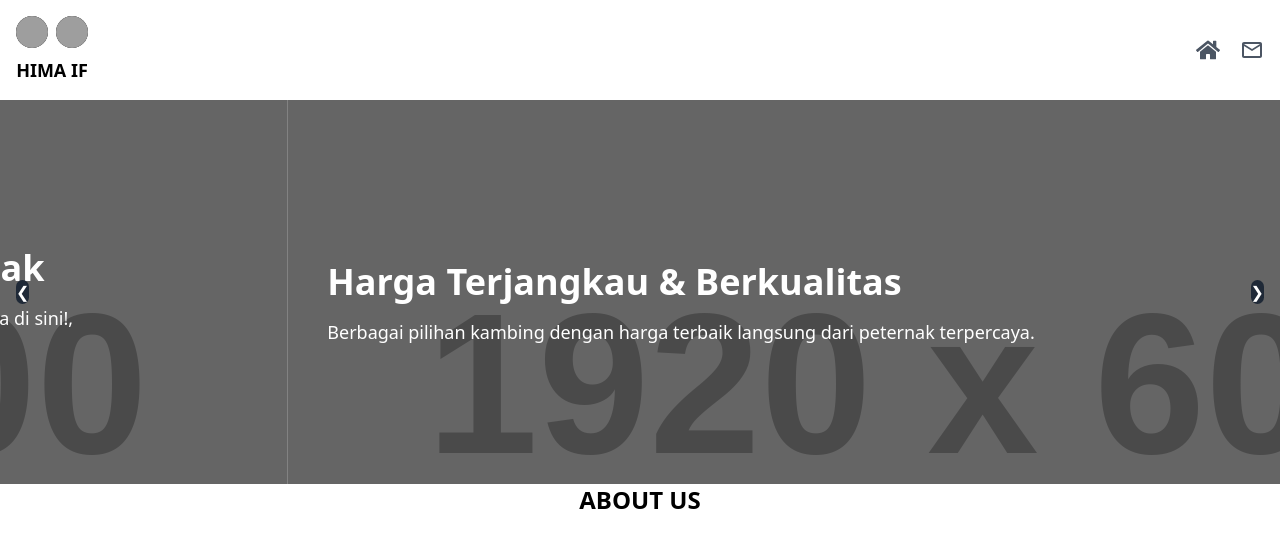
Repository: MUHAMADTEGARWIJAYA/himaif
Page: /
These files come from the project's save history. The page is drawn as it stood at one moment and after the next save; the edit follows.
The browser window is 1280 px wide. The pictures show the whole page.
Pictures or frames that could not be fetched are drawn as grey boxes. The project was rebuilt for these pictures with package versions that can differ from the ones it lists, and the page was loaded fresh each time. Also part of the build but not shown: vite.config.js.

Above is the page before, as saved 2024-12-21 14:43:03.

After the next save:
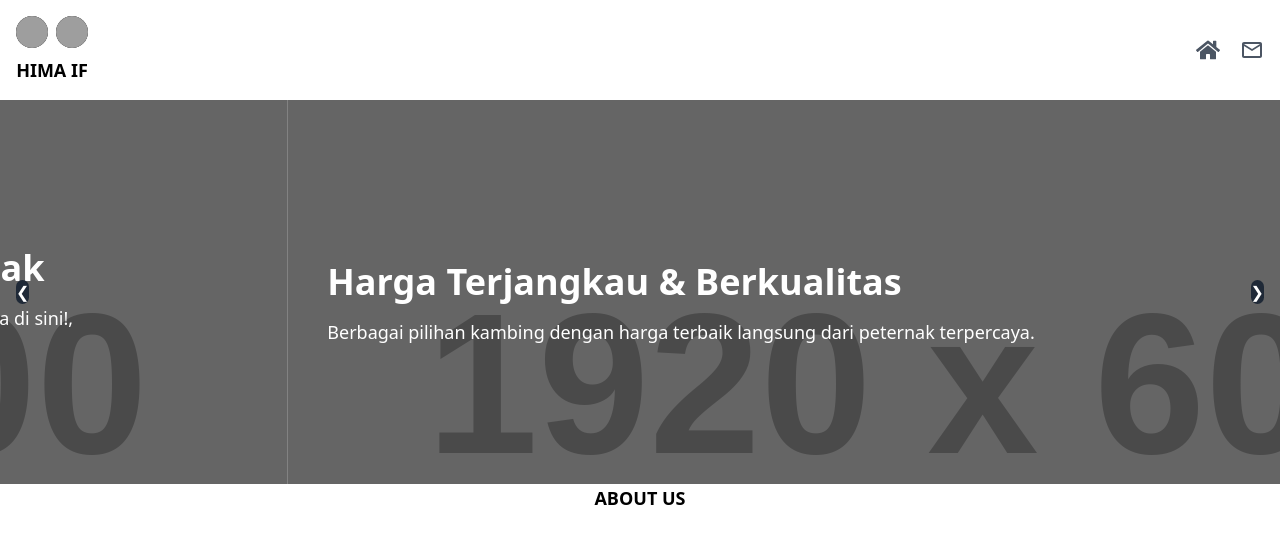
Saved 7 s later.
--- a/src/pages/Members.jsx
+++ b/src/pages/Members.jsx
@@ -3,7 +3,7 @@
 const About = () => {
   return (
    <div className=" justify-center items-center">
-    <h1 className="text-center font-semibold text-2xl">ABOUT US</h1>
+    <h1 className="text-center font-semibold text-lg">ABOUT US</h1>
    </div>
   );
 };
